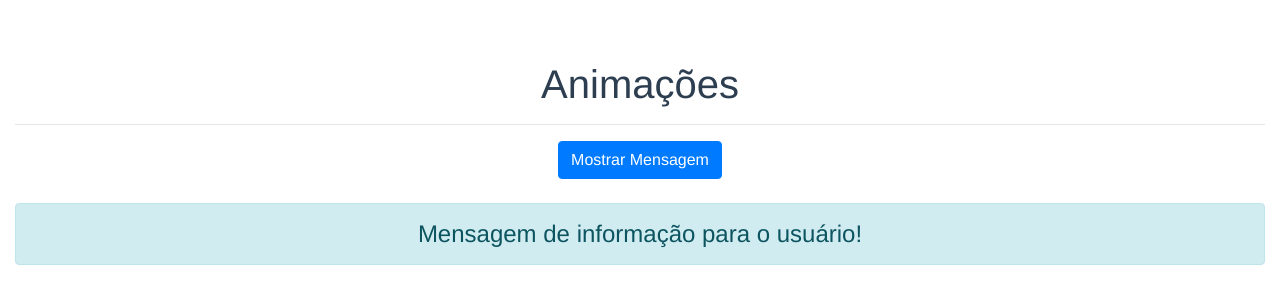
Repository: LucianoBitt/Curso_VueJS
Page: / (app in 12_animacoes/animacoes-exercicios/)
An editor plug-in stored every save of this project. The page is shown before and after the next save, followed by the edit.
The browser window is 1280 px wide. The pictures show the whole page.
The project was rebuilt for these pictures with package versions that can differ from the ones it lists, and the page was loaded fresh each time.

Above is the page before, as saved 2023-12-22 10:15:23.

After the next save:
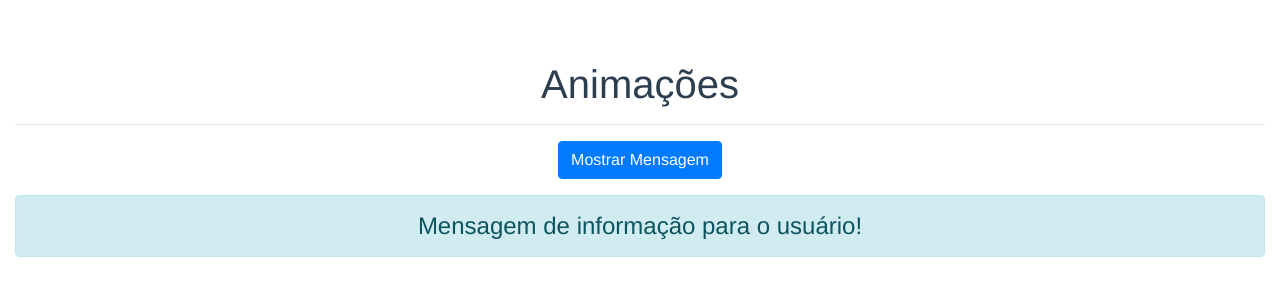
Saved 10 s later.
--- a/12_animacoes/animacoes-exercicios/src/App.vue
+++ b/12_animacoes/animacoes-exercicios/src/App.vue
@@ -2,7 +2,7 @@
 	<div id="app" class="container-fluid">
 		<h1>Animações</h1>
 		<hr>
-		<b-button variant="primary" class="mb-4">Mostrar Mensagem</b-button>
+		<b-button variant="primary" class="mb-3">Mostrar Mensagem</b-button>
 		<b-alert variant="info" show>{{ msg }}</b-alert>
 	</div>
 </template>
